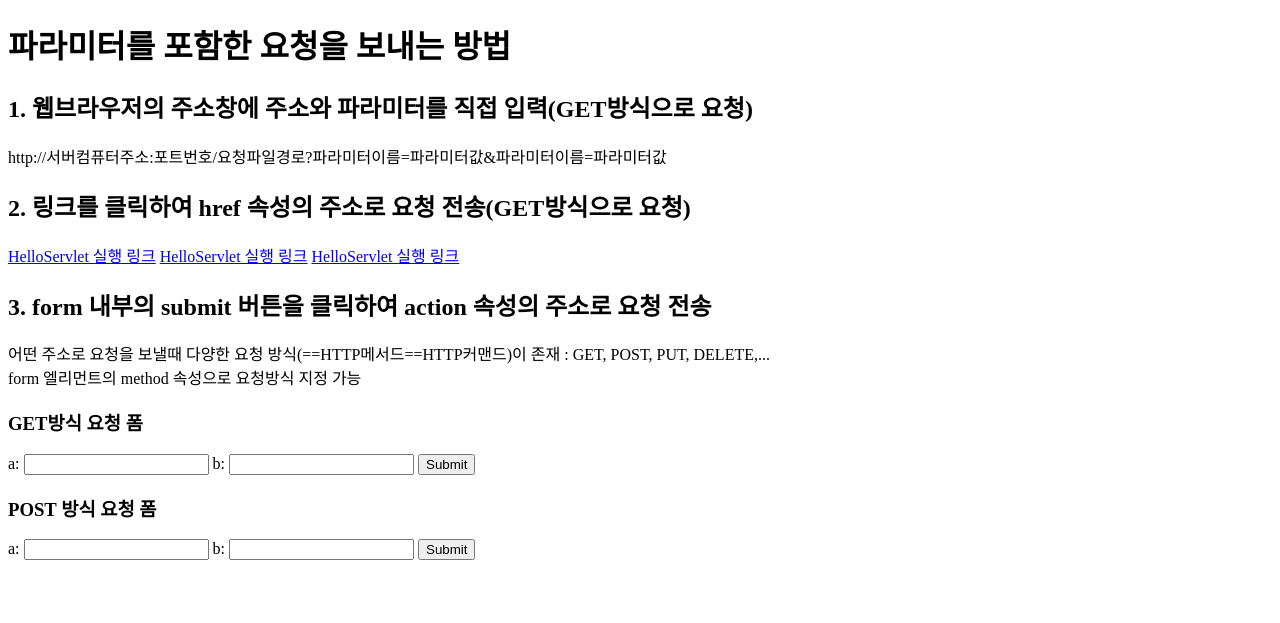
Repository: gywjd848/jeongblog
Page: workspace/exweb/WebContent/param.html
An editor plug-in stored every save of this project. The page is shown before and after the next save, followed by the edit.
The browser window is 1280 px wide. The pictures show the whole page.

Above is the page before, as saved 2020-05-15 02:40:05.

After the next save:
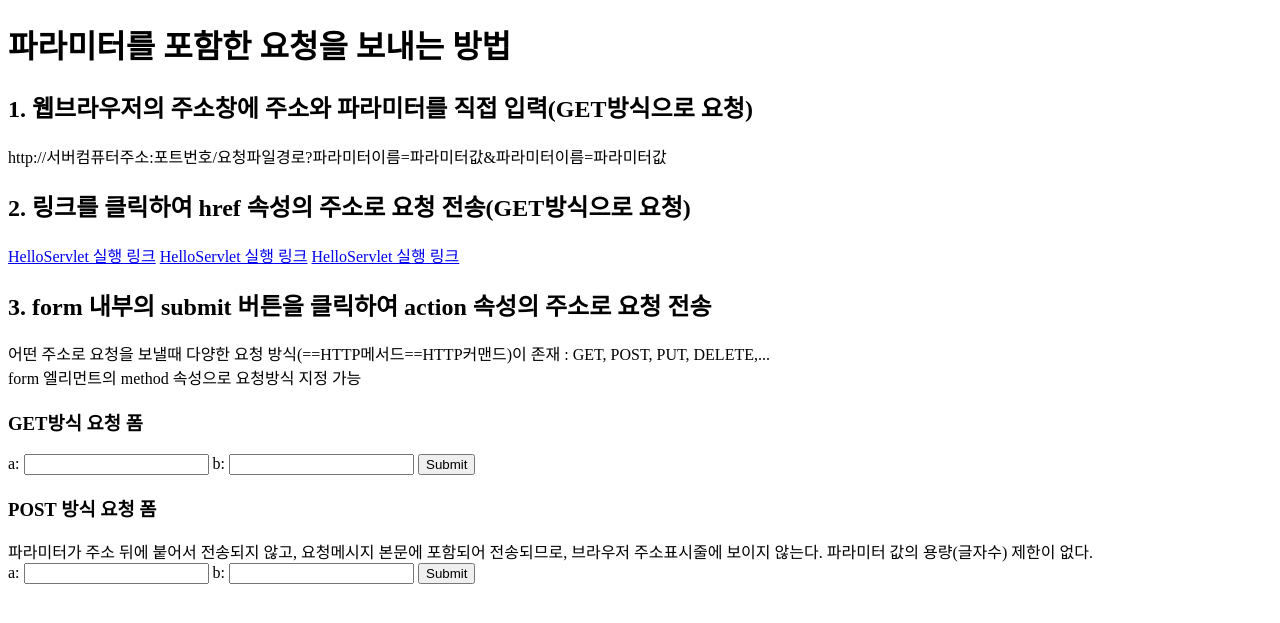
Saved 6 s later.
--- a/workspace/exweb/WebContent/param.html
+++ b/workspace/exweb/WebContent/param.html
@@ -24,6 +24,10 @@
 		<input type="submit" />
 	</form>
 	<h3>POST 방식 요청 폼</h3>
+	<div>파라미터가 주소 뒤에 붙어서 전송되지 않고,
+		 요청메시지 본문에 포함되어 전송되므로,
+		 브라우저 주소표시줄에 보이지 않는다.
+		 파라미터 값의 용량(글자수) 제한이 없다.</div>
 	<form action="http://localhost:8000/exweb/hello.do" method="post">
 		a: <input type="text" name="a"/>
 		b: <input type="text" name="b"/>
